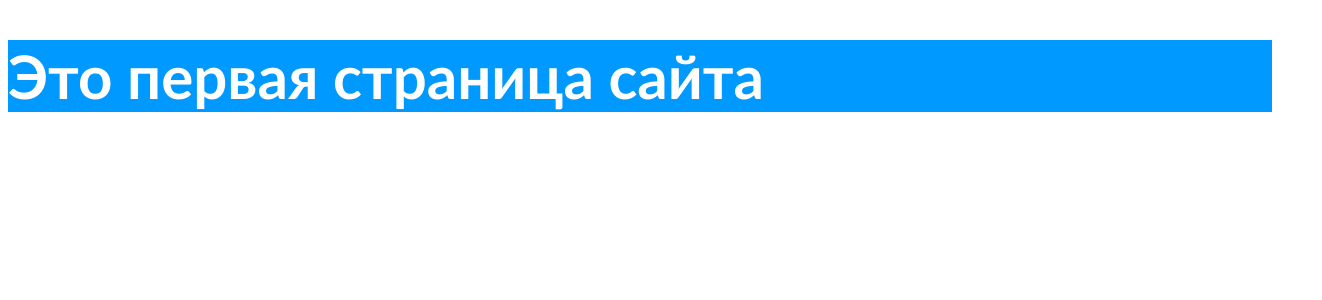
Repository: vazart-dude/EmotionMap
Page: основа.html
An editor plug-in stored every save of this project. The page is shown before and after the next save, followed by the edit.
The browser window is 1280 px wide. The page is 1280 px wide, then 1322 px, so the pictures cover 1322 px, including what lies to the right of the window. The pictures show the whole page.

Above is the page before, as saved 2025-04-28 21:35:19.

After the next save:
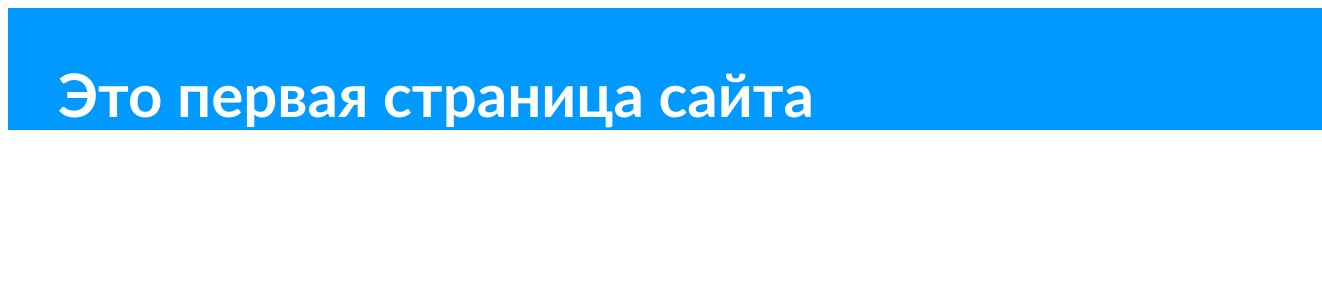
Saved 4 s later.
--- a/static/css.css
+++ b/static/css.css
@@ -5,6 +5,9 @@ header{
     color:white;
     font-family:calibri;
     font-size:30px;
+    padding-left:50px;
+    padding-top:10px;
+    font-weight:bold
 
 
 }
